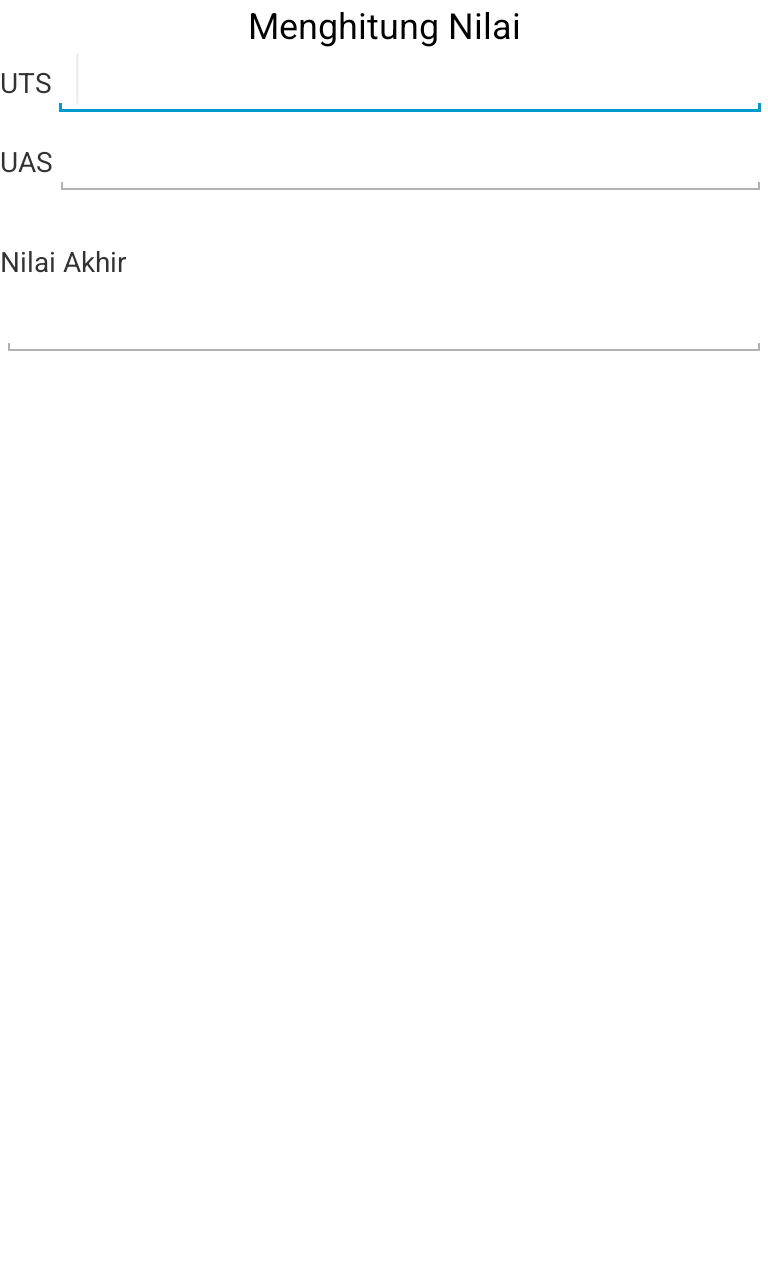
Repository: choll03/mobile_programming
Layout: android/res/layout/activity_main.xml
The author's editor kept a copy of each file at every save. The layout is drawn from the files as they stood at one save, then again after the next save.
It is drawn on a 768 x 1280 px phone screen (xhdpi) without system bars, with theme AppTheme; the app's code is not run.

Above is the layout before, as saved 2019-04-20 15:58:32.

After the next save:
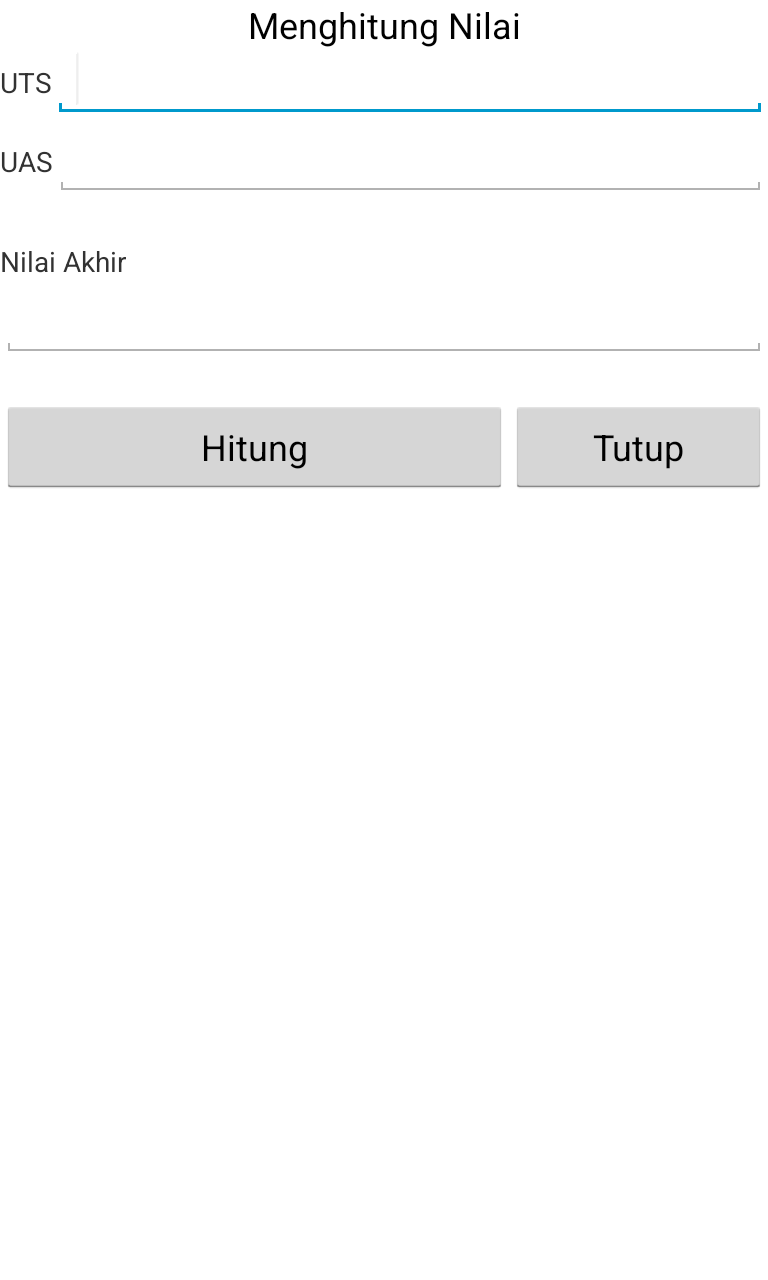
Saved 2 min 43 s later.
--- a/android/res/layout/activity_main.xml
+++ b/android/res/layout/activity_main.xml
@@ -86,4 +86,25 @@
         android:focusable="false"
         android:inputType="numberDecimal" />
     </LinearLayout>
+
+    <LinearLayout
+        android:layout_width="wrap_content"
+        android:layout_height="wrap_content"
+        android:layout_alignParentLeft="true"
+        android:layout_alignParentRight="true"
+        android:layout_below="@+id/linearLayout4"
+        android:layout_marginTop="20dp" >
+    <Button
+        android:id="@+id/hitungButton"
+        android:layout_width="wrap_content"
+        android:layout_height="wrap_content"
+        android:layout_weight="3"
+        android:text="@string/hitung" />
+    <Button
+        android:id="@+id/tutupButton"
+        android:layout_width="wrap_content"
+        android:layout_height="wrap_content"
+        android:layout_weight="1"
+        android:text="@string/tutup" />
+    </LinearLayout>
 </RelativeLayout>
